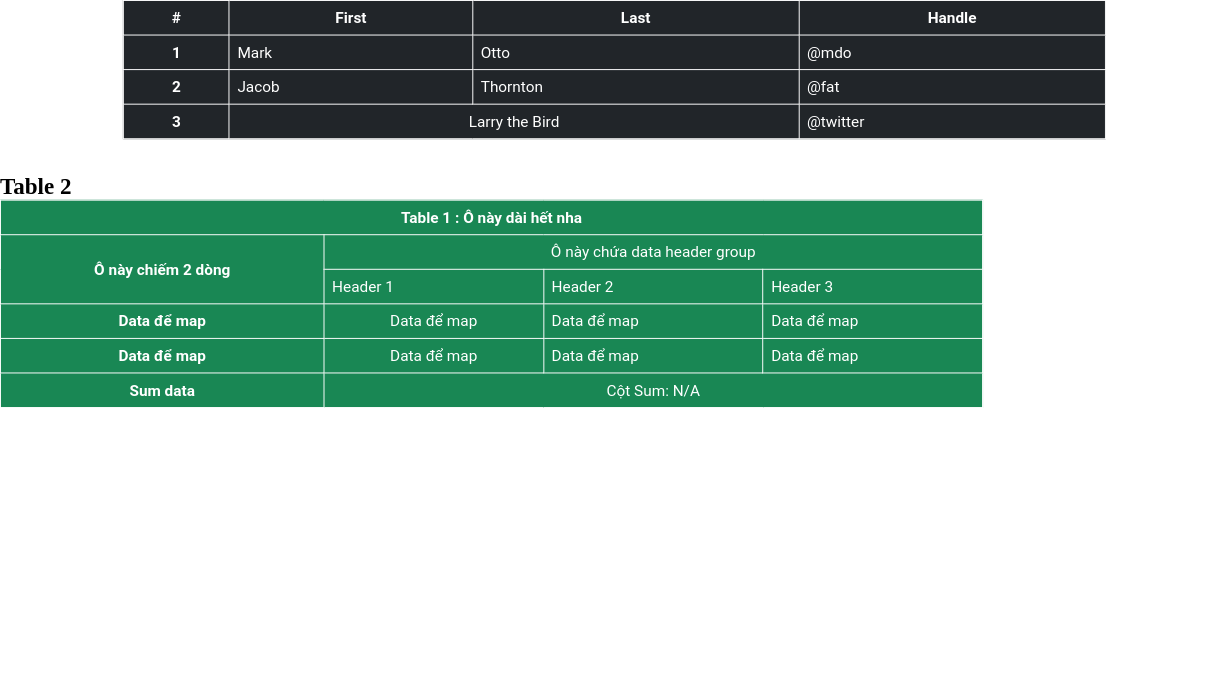
Repository: ThuatDev/BTVN_FE_JUNE
Page: index.html
The author's editor kept a copy of each file at every save. The page is drawn from the files as they stood at one save, then again after the next save.
The browser window is 1280 px wide. The pictures show the whole page, at 96% of full size.

Above is the page before, as saved 2023-08-02 15:28:54.

### index.html
<!DOCTYPE html>
<html lang="en">
  <head>
    <meta charset="UTF-8" />
    <meta name="viewport" content="width=device-width, initial-scale=1.0" />
    <!-- <link
      href="https://cdn.jsdelivr.net/npm/bootstrap@5.0.2/dist/css/bootstrap.min.css"
      rel="stylesheet"
    /> -->
    <title>Document</title>
    <style>
      /* Reset CSS cho tất cả các phần tử */
      * {
        margin: 0;
        padding: 0;
        box-sizing: border-box;
      }

      /* Đặt màu nền và màu chữ cho bảng */
      .bg-dark {
        background-color: #212529;
      }
      .text-white {
        color: #fff;
      }

      /* Đặt font và kích thước chữ cho bảng */
      .table {
        font-family: "Roboto", sans-serif;
        font-size: 16px;
        font-weight: normal;
      }

      /* Áp dụng font-weight "bold" cho các thẻ <th> */
      .table th {
        font-weight: bold;
      }

      /* Đặt border cho bảng */
      .table {
        border-collapse: collapse;
      }

      /* Đặt border và padding cho thẻ <th> và <td> */
      .table th,
      .table td {
        border: 1px solid #fff;
        padding: 8px;
      }

      /* Đặt padding cho thẻ <th> trong thead */
      .table thead th {
        padding: 8px;
      }

      /* Bao bọc bảng trong một container để sử dụng flexbox */
      .table-container {
        display: flex;
        justify-content: center; /* Căn giữa bảng trong màn hình */
      }

      /* Áp dụng chiều rộng 80% cho bảng */
      .table {
        width: 80%;
      }
      /* css bang 2  */
      /* Đặt màu nền và màu chữ cho bảng */
      .bg-success {
        background-color: #198754;
      }
      .text-white {
        color: #fff;
      }

      /* Đặt font và kích thước chữ cho bảng */
      .table {
        font-family: "Roboto", sans-serif;
        font-size: 16px;
        font-weight: normal;
      }

      /* Áp dụng font-weight "bold" cho các thẻ <th> */
      .table th {
        font-weight: bold;
      }

      /* Đặt border cho bảng */
      .table {
        border-collapse: collapse;
      }

      /* Đặt border và padding cho thẻ <th> và <td> */
      .table th,
      .table td {
        border: 1px solid #fff;
        padding: 8px;
      }

      /* Đặt padding cho thẻ <th> có rowspan và colspan */
      .table th[colspan],
      .table th[rowspan],
      .table td[colspan],
      .table td[rowspan] {
        padding: 8px;
      }

      /* Đặt padding cho thẻ <td> có colspan */
      .table td[colspan] {
        padding: 8px;
        text-align: center; /* Căn giữa văn bản trong ô có colspan */
      }

      /* Đặt padding cho thẻ <th> trong thead */
      .table thead th {
        padding: 8px;
        text-align: center; /* Căn giữa văn bản trong ô có colspan */
      }
    </style>
  </head>
  <body>
    <div class="table-container">
      <table class="table text-white table-bordered bg-dark">
        <thead>
          <tr>
            <th scope="col">#</th>
            <th scope="col">First</th>
            <th scope="col">Last</th>
            <th scope="col">Handle</th>
          </tr>
        </thead>
        <tbody>
          <tr>
            <th scope="row">1</th>
            <td>Mark</td>
            <td>Otto</td>
            <td>@mdo</td>
          </tr>
          <tr>
            <th scope="row">2</th>
            <td>Jacob</td>
            <td>Thornton</td>
            <td>@fat</td>
          </tr>
          <tr>
            <th scope="row">3</th>
            <td colspan="2">Larry the Bird</td>
            <td>@twitter</td>
          </tr>
        </tbody>
      </table>
    </div>
    <br />
    <br />
    <h2>Table 2</h2>
    <table class="table text-white table-bordered bg-success">
      <thead>
        <tr>
          <th scope="col" colspan="12" class="text-center">
            Table 1 : Ô này dài hết nha
          </th>
        </tr>
      </thead>
      <tbody>
        <tr>
          <th scope="row" rowspan="2">Ô này chiếm 2 dòng</th>
          <td colspan="3" class="text-center">Ô này chứa data header group</td>
        </tr>
        <tr>
          <td>Header 1</td>
          <td>Header 2</td>
          <td>Header 3</td>
        </tr>
        <tr>
          <th scope="row">Data để map</th>
          <td colspan="1">Data để map</td>
          <td>Data để map</td>
          <td>Data để map</td>
        </tr>
        <tr>
          <th scope="row">Data để map</th>
          <td colspan="1">Data để map</td>
          <td>Data để map</td>
          <td>Data để map</td>
        </tr>
        <tr>
          <th scope="row">Sum data</th>
          <td colspan="12" class="text-center">Cột Sum: N/A</td>
        </tr>
      </tbody>
    </table>
  </body>
</html>

After the next save:
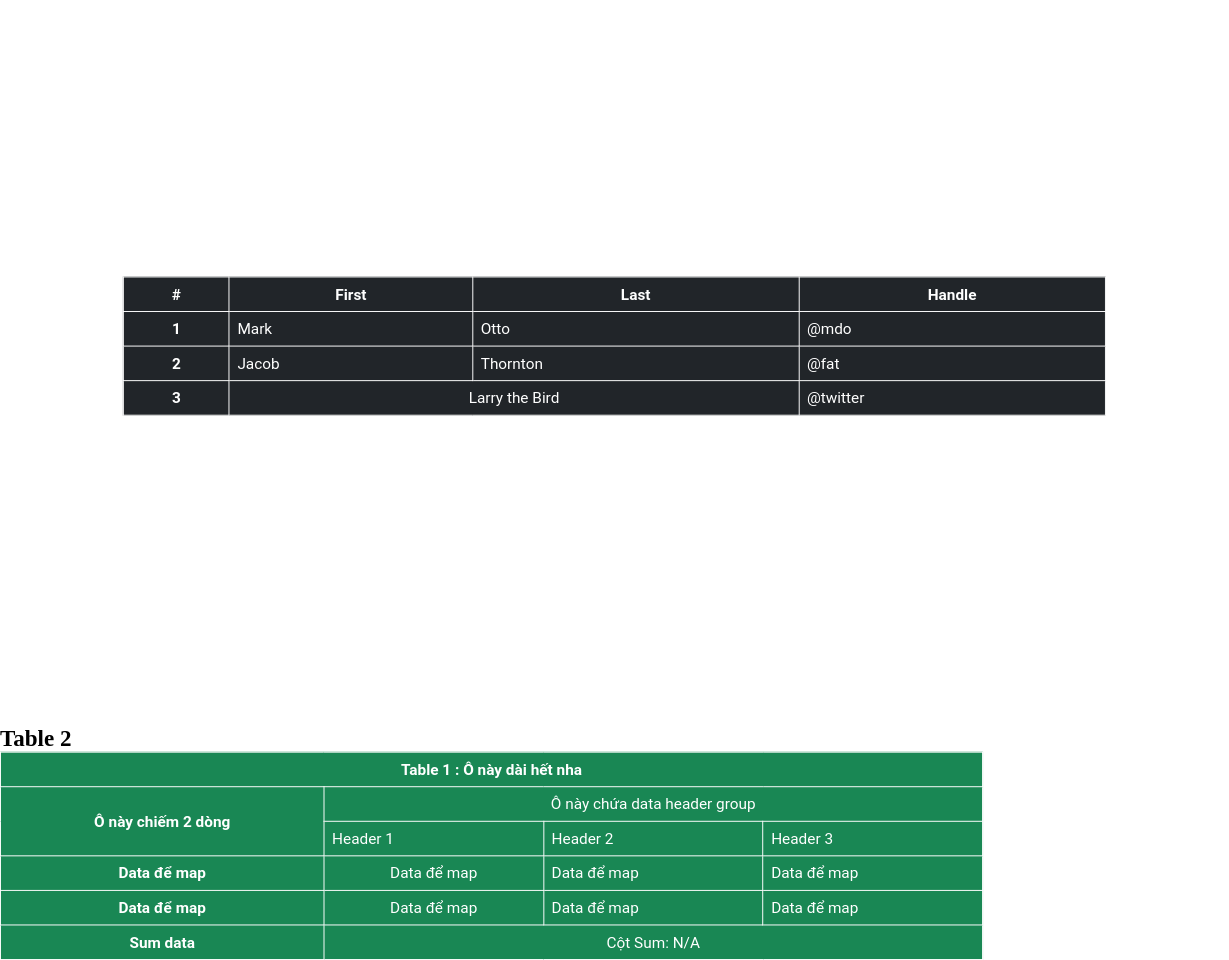
Saved 2 min 24 s later.
--- a/index.html
+++ b/index.html
@@ -64,7 +64,7 @@
         width: 80%;
       }
       /* css bang 2  */
-      /* Đặt màu nền và màu chữ cho bảng */
+
       .bg-success {
         background-color: #198754;
       }
@@ -102,6 +102,7 @@
       .table td[colspan],
       .table td[rowspan] {
         padding: 8px;
+        text-align: center; /* Căn giữa văn bản trong ô có colspan */
       }
 
       /* Đặt padding cho thẻ <td> có colspan */
@@ -114,6 +115,19 @@
       .table thead th {
         padding: 8px;
         text-align: center; /* Căn giữa văn bản trong ô có colspan */
+      }
+
+      /* Bao bọc bảng trong một container để sử dụng flexbox */
+      .table-container {
+        display: flex;
+        justify-content: center; /* Căn giữa bảng theo chiều ngang */
+        align-items: center; /* Căn giữa bảng theo chiều dọc */
+        height: 100vh; /* Chiều cao bằng 100% chiều cao của màn hình */
+      }
+
+      /* Áp dụng chiều rộng 80% cho bảng */
+      .table {
+        width: 80%;
       }
     </style>
   </head>
@@ -152,6 +166,7 @@
     <br />
     <br />
     <h2>Table 2</h2>
+    <div class="table-container-2"></div>
     <table class="table text-white table-bordered bg-success">
       <thead>
         <tr>
